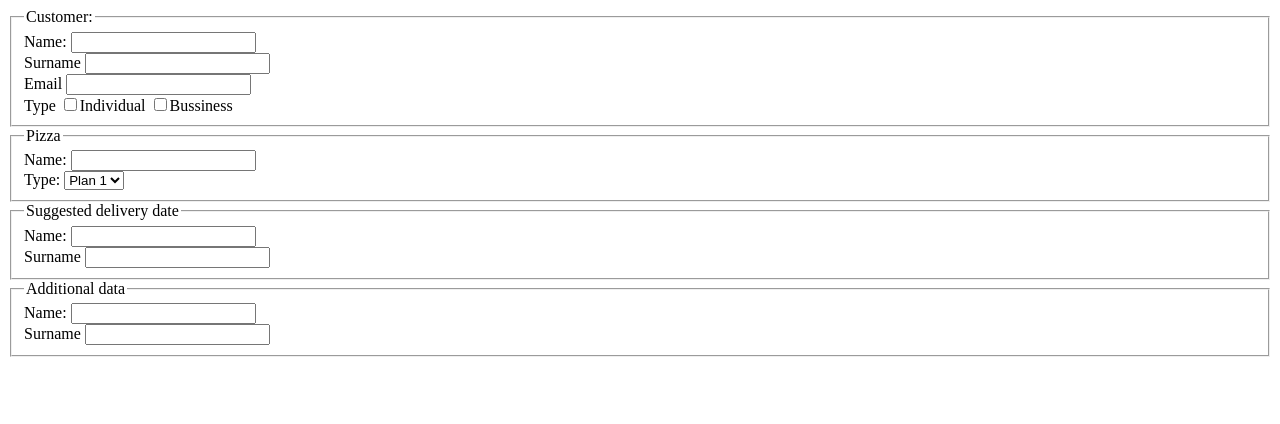
Repository: wisni4k/html-trainee
Page: testWeb/WebContent/Formularz.html
The author's editor kept a copy of each file at every save. The page is drawn from the files as they stood at one save, then again after the next save.
The browser window is 1280 px wide. The pictures show the whole page.

Above is the page before, as saved 2015-07-10 11:33:29.

After the next save:
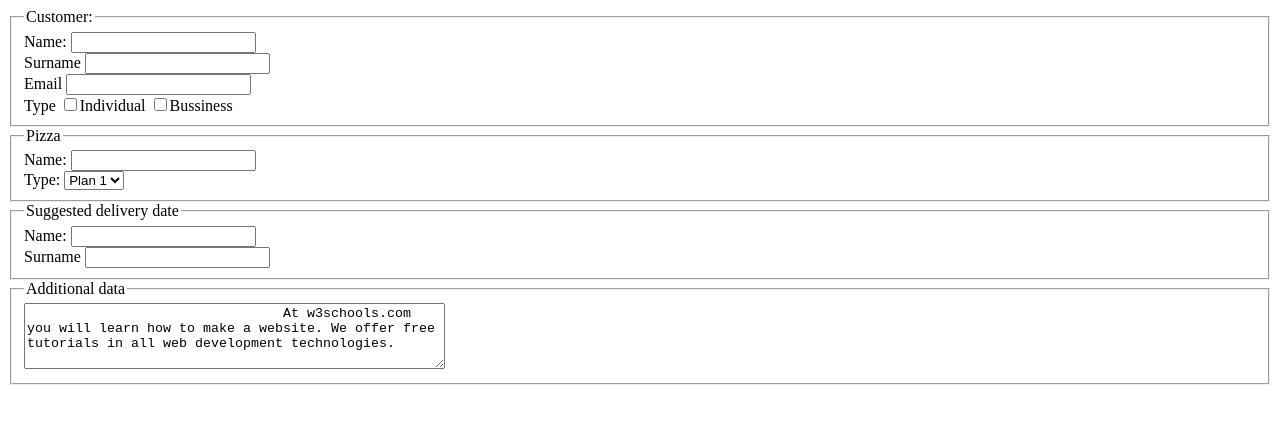
Saved 53 s later.
--- a/testWeb/WebContent/Formularz.html
+++ b/testWeb/WebContent/Formularz.html
@@ -17,8 +17,8 @@
 
 		<fieldset>
 			<legend>Pizza</legend>
-			Name: <input type="text"><br>
-			Type: <select name="decision">
+			Name: <input type="text"><br> Type: <select
+				name="decision">
 				<option selected>Plan 1
 				<option>Plan 2
 				<option>Plan 3
@@ -32,7 +32,9 @@
 		</fieldset>
 		<fieldset>
 			<legend>Additional data</legend>
-			Name: <input type="text"><br> Surname <input type="text"><br>
+			<textarea rows="4" cols="50">
+				At w3schools.com you will learn how to make a website. We offer free tutorials in all web development technologies.
+			</textarea>
 		</fieldset>
 	</form>
 
